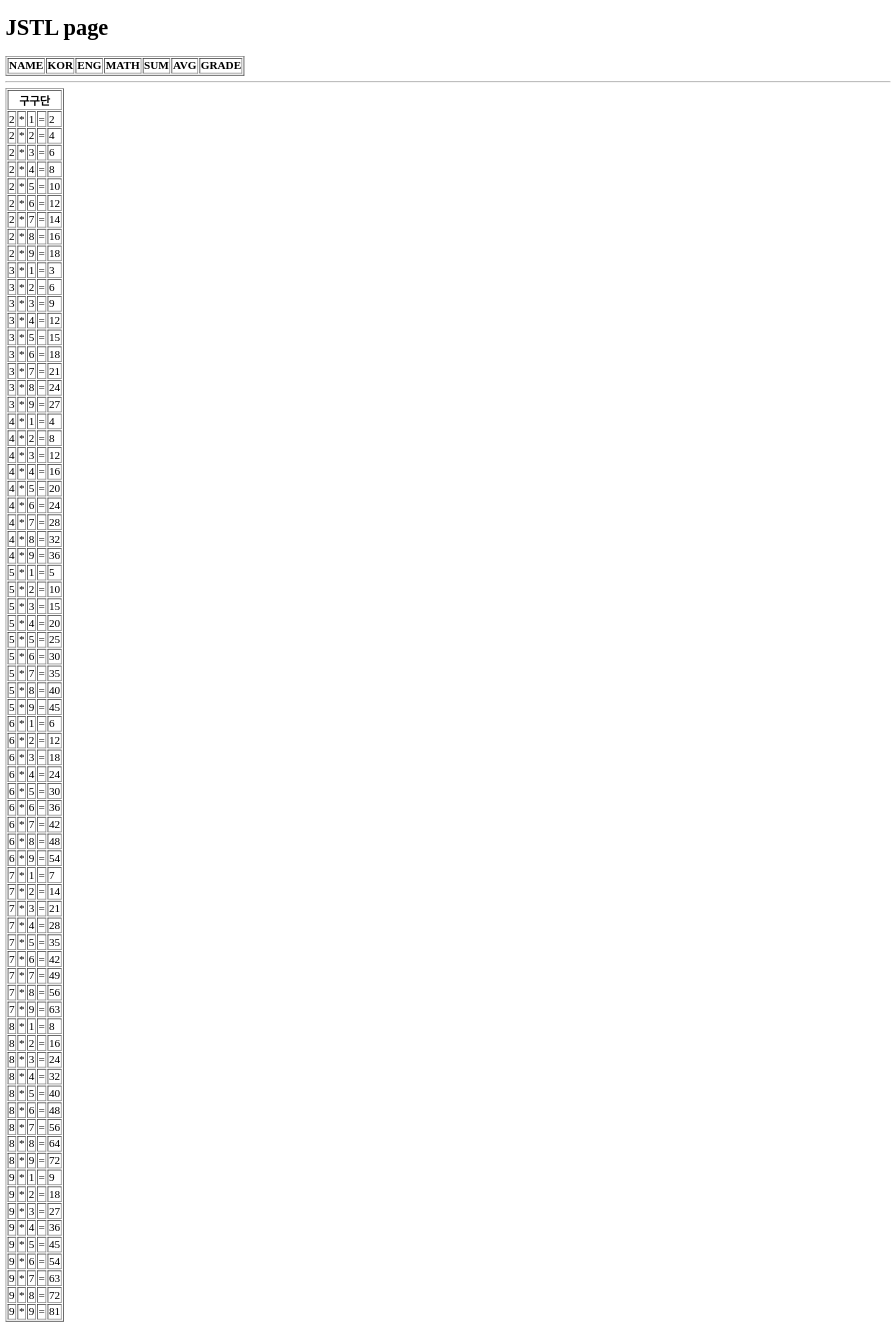
Repository: leedh909/Academy-web-
Page: http://localhost/Jsp07_EL_JSTL/jstlpage.jsp
These files come from the project's save history. The page is drawn as it stood at one moment and after a run of saves; the edit follows.
The browser window is 1280 px wide. The pictures show the whole page, at 70% of full size.
The page is served by Tomcat 9. The template is opened directly, without the code that normally fills it, so the values that code supplies are empty.

Above is the page before, as saved 2020-07-06 04:13:50.

After the next 2 saves:
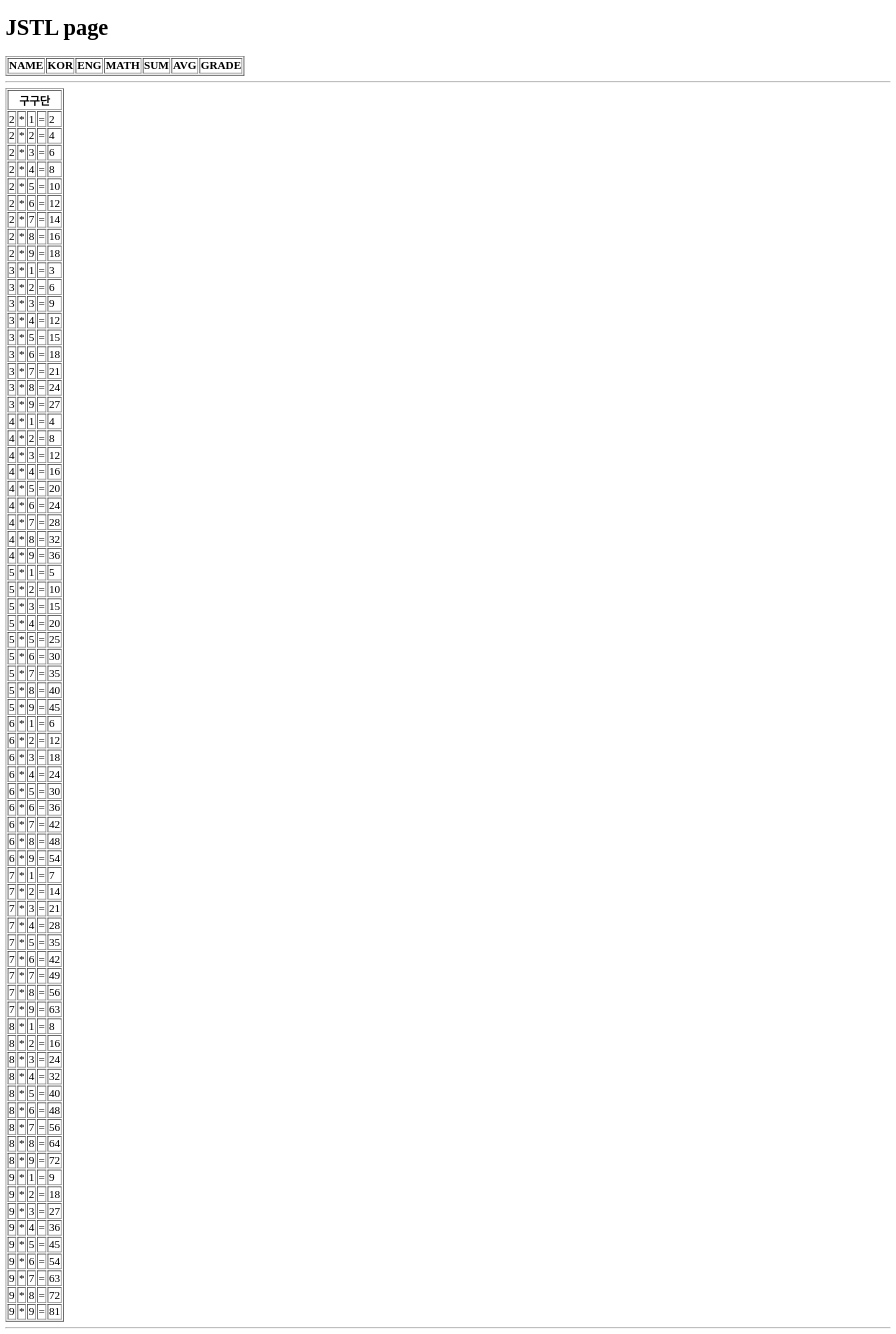
The 2 saves are shown as one change because 1 did not build or start.
The last was saved 5 min 17 s later.
--- a/실습자료/eclipse-servlet/Jsp07_EL_JSTL/WebContent/jstlpage.jsp
+++ b/실습자료/eclipse-servlet/Jsp07_EL_JSTL/WebContent/jstlpage.jsp
@@ -115,7 +115,11 @@
 			</c:forEach>
 		</c:forEach>
 	</table>
+	<hr>
 
+	<c:set var="test" value="hi~">
+
+	</c:set>
 
 </body>
 </html>
